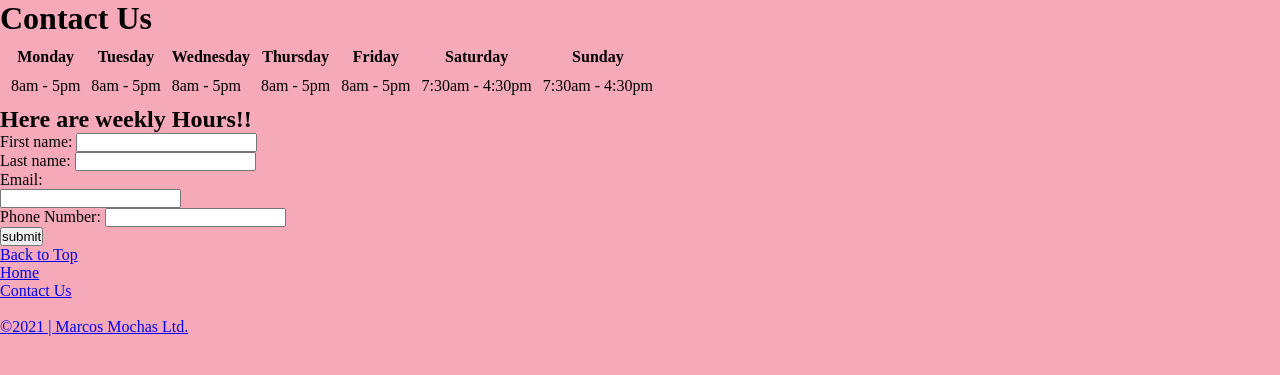
Repository: CAMPSLOPY/marcos-mochas
Page: HTML/contact.html
An editor plug-in stored every save of this project. The page is shown before and after the next save, followed by the edit.
The browser window is 1280 px wide. The pictures show the whole page.

Above is the page before, as saved 2021-07-02 17:11:39.

### HTML/contact.html
<!DOCTYPE html>
<html lang="en">
<head>
    <meta charset="UTF-8">
    <meta http-equiv="X-UA-Compatible" content="IE=edge">
    <meta name="viewport" content="width=device-width, initial-scale=1.0">
    <meta name="robots" content="index,follow" />
    <meta
      name="description"
      content=""
    />
    <link rel="stylesheet" href="/CSS/contact.css">
    <title>Contact Us</title>
</head>
<body>
    <header class="contact-header">
        <!--page hours title-->
        <h1 >Contact Us</h1>
    </header>

    <div class="table-content">


        <!--Page hours and contact form-->
        <table cellspacing="11">
        <tr>
            <th>Monday</th>
            <th>Tuesday</th>
            <th>Wednesday</th>
            <th>Thursday</th>
            <th>Friday</th>
            <th>Saturday</th>
            <th>Sunday</th>
        </tr>
        <tr>
            <td>8am - 5pm</td>
            <td>8am - 5pm</td>
            <td>8am - 5pm</td>
            <td>8am - 5pm</td>
            <td>8am - 5pm</td>
            <td>7:30am - 4:30pm</td>
            <td>7:30am - 4:30pm</td>
        </tr>
        </table>
    </div>
    <main>
        <h2>Here are weekly Hours!!</h2>
        <!--Hours table start here-->

        <!--Form starts here-->
        <!-- i wrapped the form inside a div content so that we can give it freedo
        when styling -->
        <div class="form-content">

            <form class="contact-form" action="">


                <div class="form-control">
                    <!--first name input/required-->
                    <label for="fname">First name:</label>
                    <input type="text" id="fname" name="fname" value="" required>
                </div>
               <div class="form-control">
                 <!--last name input/required-->
                 <label for="lname">Last name:</label>
                 <input type="text" id="lname" name="lname" value="" required>
               </div>

               <div class="form-control">
                  <!--email address input/required-->
                  <label for="email">Email:</label><br>
                  <input type="text" id="email" name="Email" value="" required>
               </div>

               <div class="form-control">
                   <!--Phone number input/not required-->
                <label for="Phone">Phone Number:</label>
                <input type="text" id="phone" name="Phone" value="">
               </div>

                <!--Submit button-->
                <button type="submit">submit</button>
                      </form>
        </div>

    </main>

    <!--page navi links & copyright-->
    <footer>
        <div class="contact-footer">
        <ul>
            <!-- IDEA: img / just text for our "logo" -->
            <li><a href="#top">Back to Top</a></li>
            <li><a href="/HTML/Index.html">Home</a></li>
            <li><a href="/HTML/contact.html">Contact Us</la></li>
        </ul>
        </div>
        <br>
        <!--Copyright class -->
        <div class="copyright">
            <p>&copy;2021 | Marcos Mochas Ltd.</p>
        </div>
    </footer>
</body>
</html>

### CSS/contact.css

/* universal styling of the contact page */
* {
    margin: 0;
    padding: 0;
    box-sizing: border-box;
}

body{
    min-height: 100vh;
    background-color: #f38ba0bb;
}

html{
    font-size: ;
}
/* styling the Form */



/* styling for hours table */

table {

}


/*Footer css code*/

/*The links at the bottom of the footer shouldnt be stacked up and placed at the bottom of the page*/

.contact-footer {


}

.copyright {

}

After the next save:
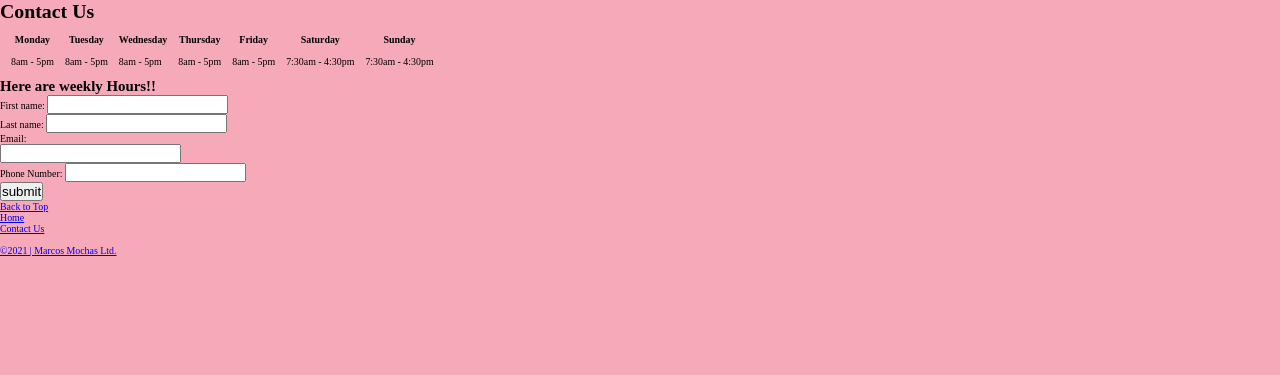
Saved 2 s later.
--- a/CSS/contact.css
+++ b/CSS/contact.css
@@ -12,7 +12,7 @@ body{
 }
 
 html{
-    font-size: ;
+    font-size: 62%;
 }
 /* styling the Form */
 
